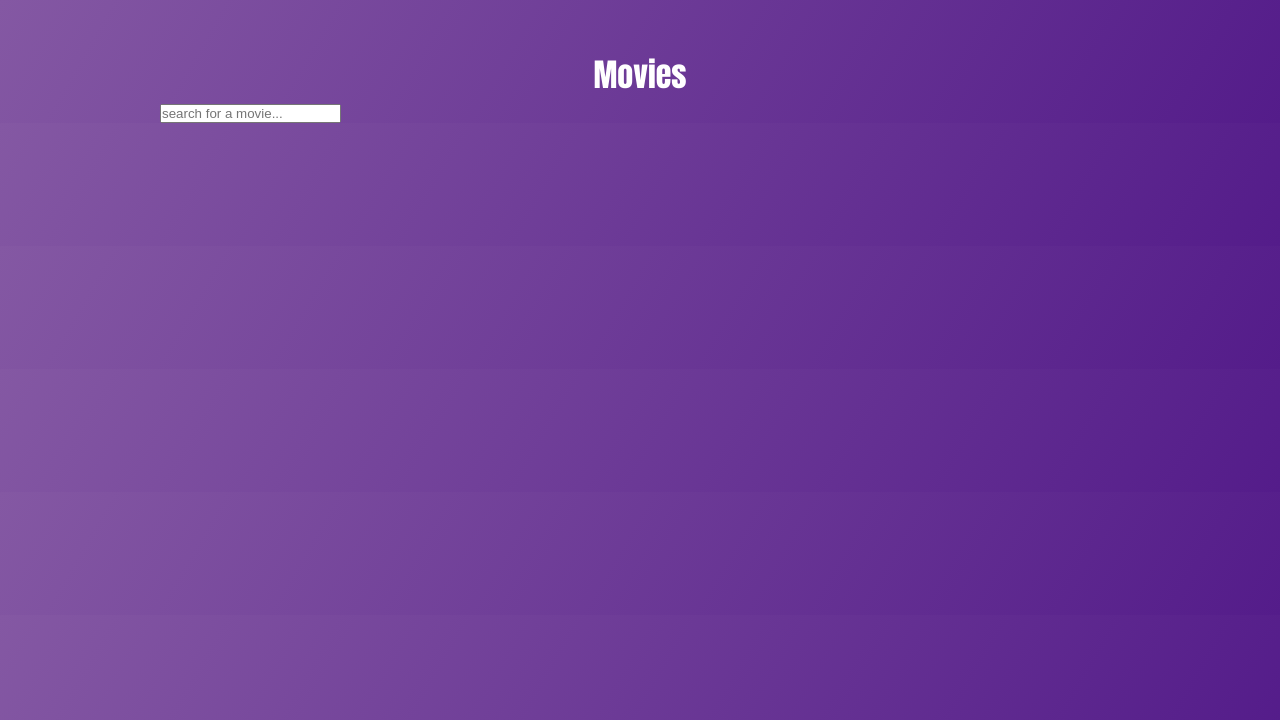
Repository: KLM94/moviedb
Page: /
These files come from the project's save history. The page is drawn as it stood at one moment and after the next save; the edit follows.
The browser window is 1280 px wide. The pictures show the whole page.
The project was rebuilt for these pictures with package versions that can differ from the ones it lists, and the page was loaded fresh each time.

Above is the page before, as saved 2020-09-16 15:30:17.

After the next save:
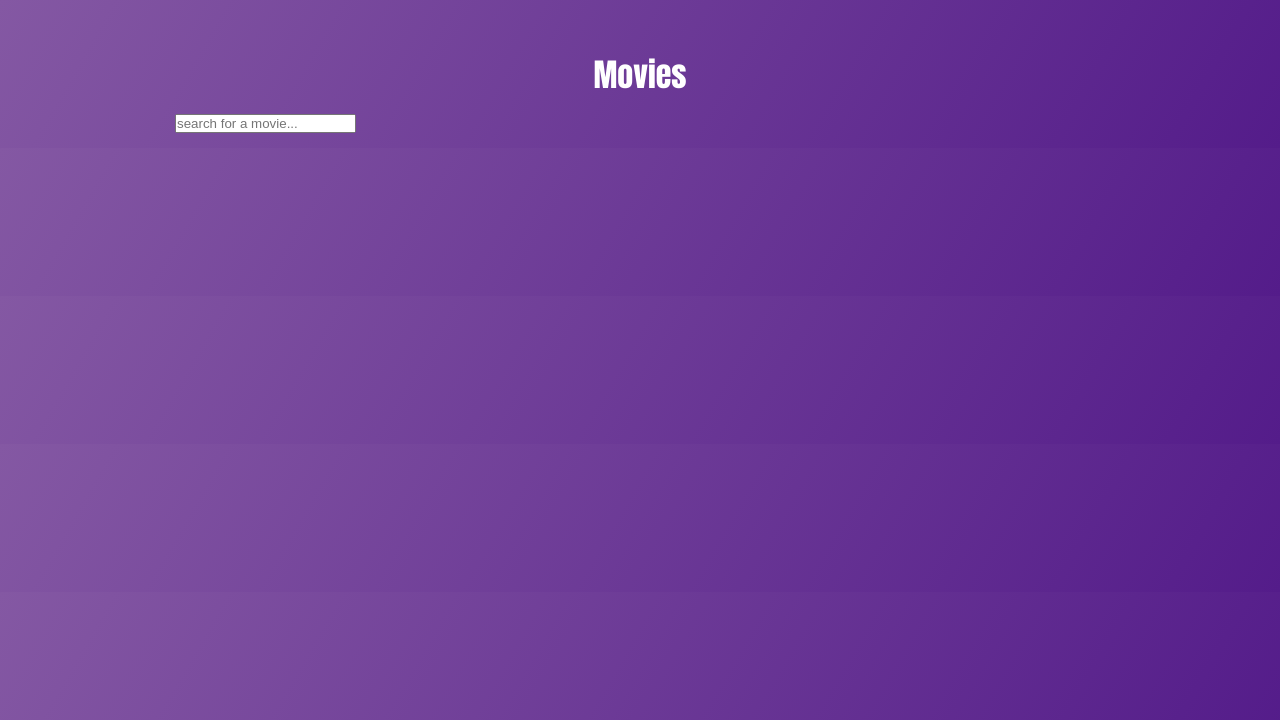
Saved 68 s later.
--- a/src/index.css
+++ b/src/index.css
@@ -25,3 +25,12 @@ main {
   max-width: 960px;
   margin: 0 auto;
 }
+
+section {
+  padding: 15px;
+}
+
+.searchbox {
+  display: block;
+  width: 100;
+}
